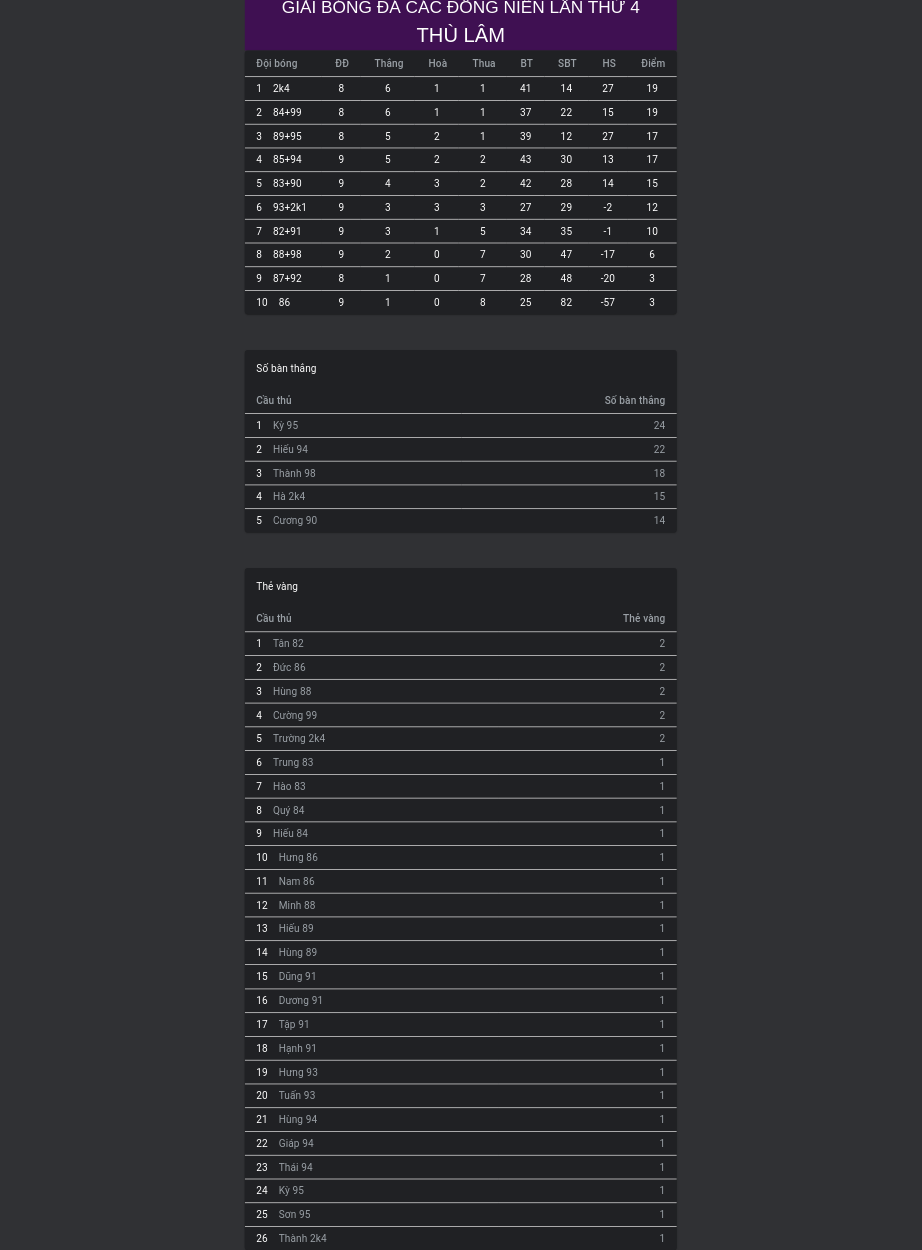
Repository: tuan842001/thulam
Page: /
An editor plug-in stored every save of this project. The page is shown before and after the next save, followed by the edit.
The browser window is 1280 px wide. The pictures show the whole page, at 72% of full size.
The project was rebuilt for these pictures with package versions that can differ from the ones it lists, and the page was loaded fresh each time.

Above is the page before, as saved 2022-01-11 15:35:56.

After the next save:
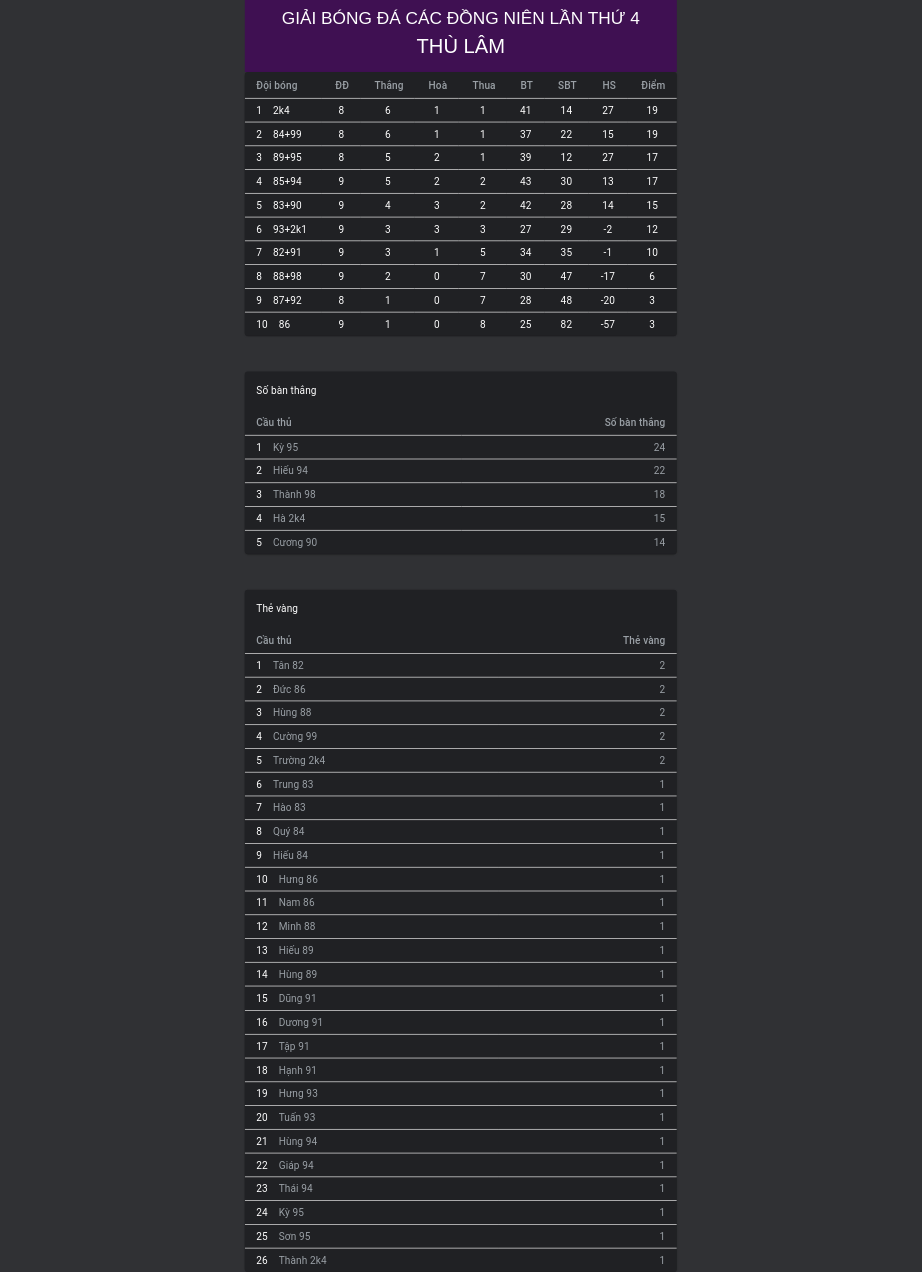
Saved 11 min 17 s later.
--- a/src/components/header/header.css
+++ b/src/components/header/header.css
@@ -1,6 +1,6 @@
 .header {
     background: #3F1052;
-    height: 70px;
+    height: 100px;
     width: 600px;
     text-align: center;
     color: #fff;
